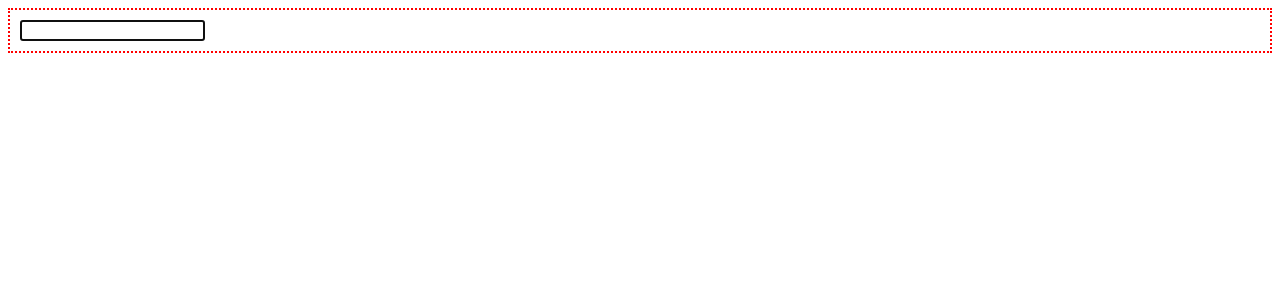
Repository: LavriaNeptune/vue-playground
Page: reusability/plugins/composables.html
These files come from the project's save history. The page is drawn as it stood at one moment and after the next save; the edit follows.
The browser window is 1280 px wide. The pictures show the whole page.

Above is the page before, as saved 2022-08-25 01:49:16.

### reusability/plugins/composables.html
<!DOCTYPE html>
<html lang="en">
  <head>
    <meta charset="UTF-8" />
    <title>Vue</title>
    <script src="https://unpkg.com/vue@3"></script>
    <style>
      div {
        border: 2px dotted red;
        padding: 10px;
      }
    </style>
  </head>
  <body>
    <div id="app"></div>
    <script type="module">
      import MyComponent from './MyComponent.js';
      import i18nPlugin from './i18n.js';

      const { createApp } = Vue;
      const app = createApp({
        template: `<MyComponent></MyComponent>`,
      });
      app.component('MyComponent', MyComponent);
      app.use(i18nPlugin, {
        greetings: {
          hello: 'Bonjour!',
        },
      });

      app.mount('#app');
    </script>
  </body>
</html>

### reusability/plugins/MyComponent.js
export default {
  data() {
    return {};
  },

  directives: {
    focus: {
      mounted: (el) => el.focus(),
    },
  },
  /* 非 <script setup> 情况下,自定义指令需要通过 directives 进行注册 -> <script setup> 下可以直接通过以 v 开头的驼峰式命名变量设置自定义指令,会被默认地进行注册 */

  template: ` <input v-focus /> `,
};

### reusability/plugins/i18n.js
export default {
  install: (app, options) => {
    app.config.globalProperties.$translate = (key) => {
      return key.split('.').reduce((o, i) => {
        if (o) return o[i];
      }, options);
    };
  },
};

After the next save:
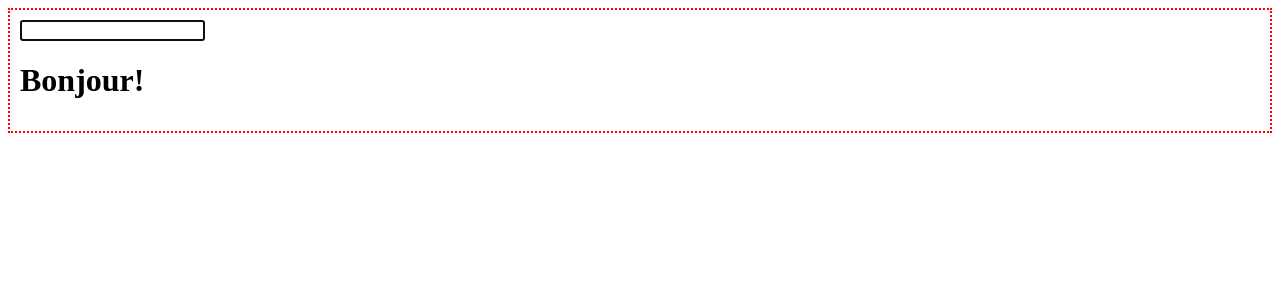
Saved 4 s later.
--- a/reusability/plugins/MyComponent.js
+++ b/reusability/plugins/MyComponent.js
@@ -10,5 +10,5 @@ export default {
   },
   /* 非 <script setup> 情况下,自定义指令需要通过 directives 进行注册 -> <script setup> 下可以直接通过以 v 开头的驼峰式命名变量设置自定义指令,会被默认地进行注册 */
 
-  template: ` <input v-focus /> `,
+  template: ` <input v-focus /><h1>{{ $translate('greetings.hello') }}</h1> `,
 };
